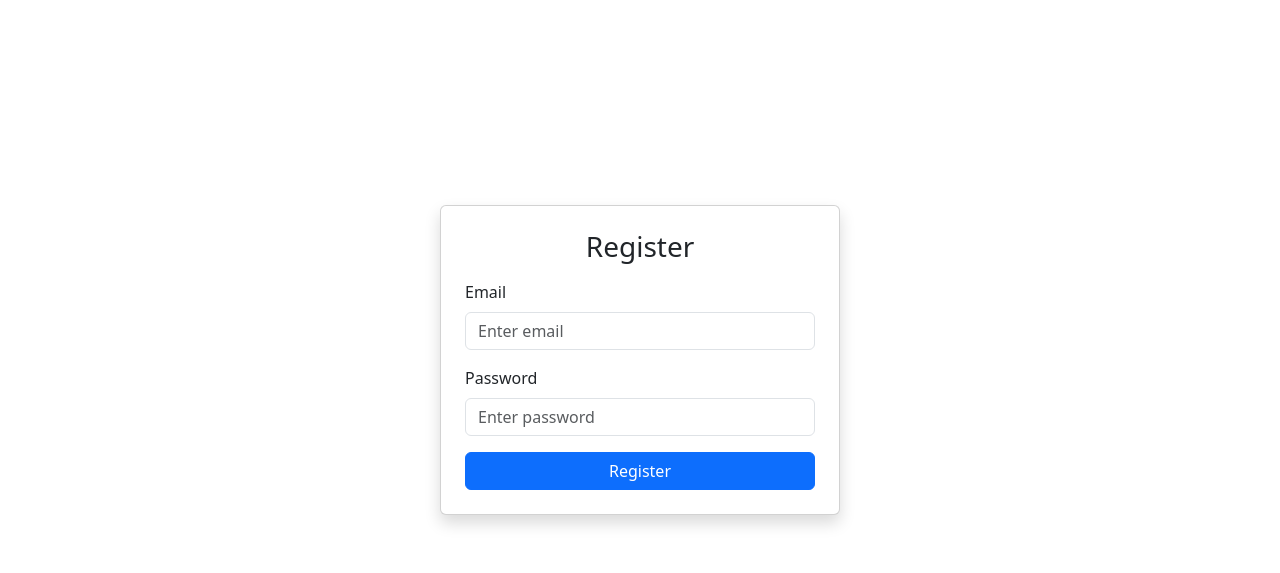
Repository: Asmat-ullah-khan/media-content-scheduler-frontend
Page: /
The author's editor kept a copy of each file at every save. The page is drawn from the files as they stood at one save, then again after the next save.
The browser window is 1280 px wide. The pictures show the whole page.
The project was rebuilt for these pictures with package versions that can differ from the ones it lists, and the page was loaded fresh each time. Also part of the build but not shown: vite.config.js, src/index.css.

Above is the page before, as saved 2026-01-26 23:55:59.

### index.html
<!doctype html>
<html lang="en">
  <head>
    <meta charset="UTF-8" />
    <link rel="icon" type="image/svg+xml" href="/vite.svg" />
    <meta name="viewport" content="width=device-width, initial-scale=1.0" />
    <title>media-content-scheduler-frontend</title>
  </head>
  <body>
    <div id="root"></div>
    <script type="module" src="/src/main.jsx"></script>
  </body>
</html>

### src/main.jsx
import { StrictMode } from "react";
import { createRoot } from "react-dom/client";
import "./index.css";
import "bootstrap/dist/css/bootstrap.min.css";
import App from "./App.jsx";

createRoot(document.getElementById("root")).render(
  <StrictMode>
    <App />
  </StrictMode>,
);

### src/App.jsx
import Register from "../src/pages/Register.jsx";
function App() {
  return (
    <div>
      <Register />
    </div>
  );
}

export default App;

### src/pages/Register.jsx
import { useState } from "react";
import { Form, Button, Container, Card } from "react-bootstrap";

function Register() {
  const [email, setEmail] = useState("");
  const [password, setPassword] = useState("");
  const [errors, setErrors] = useState({});

  const handleSubmit = (e) => {
    e.preventDefault();

    let newErrors = {};

    // Email validation
    if (!email) {
      newErrors.email = "Email is required";
    } else if (!/\S+@\S+\.\S+/.test(email)) {
      newErrors.email = "Email is not valid";
    }

    // Password validation
    if (!password) {
      newErrors.password = "Password is required";
    } else if (password.length < 6) {
      newErrors.password = "Password must be at least 6 characters";
    }

    setErrors(newErrors);

    // If no errors
    if (Object.keys(newErrors).length === 0) {
      console.log("Registered:", { email, password });
      alert("Registration Successful ✅");
    }
  };

  return (
    <Container className="d-flex justify-content-center align-items-center vh-100">
      <Card style={{ width: "400px" }} className="p-4 shadow">
        <h3 className="text-center mb-3">Register</h3>

        <Form onSubmit={handleSubmit}>
          {/* Email */}
          <Form.Group className="mb-3">
            <Form.Label>Email</Form.Label>
            <Form.Control
              type="email"
              placeholder="Enter email"
              value={email}
              isInvalid={!!errors.email}
              onChange={(e) => setEmail(e.target.value)}
            />
            <Form.Control.Feedback type="invalid">
              {errors.email}
            </Form.Control.Feedback>
          </Form.Group>

          {/* Password */}
          <Form.Group className="mb-3">
            <Form.Label>Password</Form.Label>
            <Form.Control
              type="password"
              placeholder="Enter password"
              value={password}
              isInvalid={!!errors.password}
              onChange={(e) => setPassword(e.target.value)}
            />
            <Form.Control.Feedback type="invalid">
              {errors.password}
            </Form.Control.Feedback>
          </Form.Group>

          <Button type="submit" variant="primary" className="w-100">
            Register
          </Button>
        </Form>
      </Card>
    </Container>
  );
}

export default Register;

After the next save:
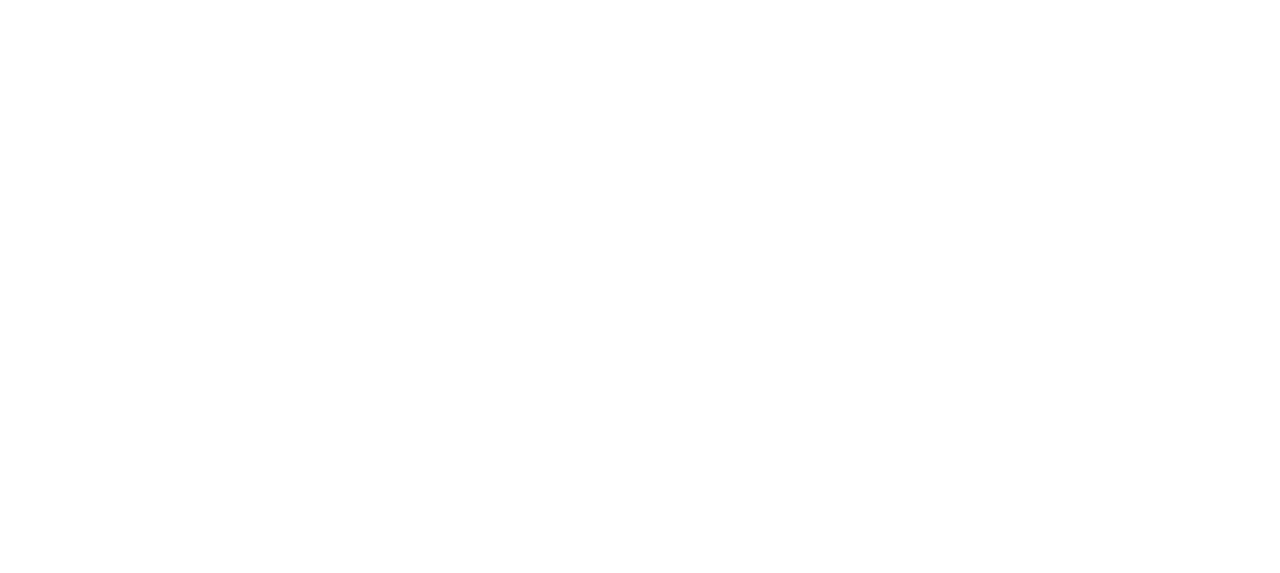
Console error: TypeError: Cannot destructure property 'basename' of 'React102.useContext(...)' as it is null.
Saved 3 min 16 s later.
--- a/src/pages/Register.jsx
+++ b/src/pages/Register.jsx
@@ -1,5 +1,6 @@
 import { useState } from "react";
-import { Form, Button, Container, Card } from "react-bootstrap";
+import { Form, Button, Container, Card, Row, Col } from "react-bootstrap";
+import { Link } from "react-router-dom";
 
 function Register() {
   const [email, setEmail] = useState("");
@@ -11,14 +12,12 @@
 
     let newErrors = {};
 
-    // Email validation
     if (!email) {
       newErrors.email = "Email is required";
     } else if (!/\S+@\S+\.\S+/.test(email)) {
-      newErrors.email = "Email is not valid";
+      newErrors.email = "Invalid email format";
     }
 
-    // Password validation
     if (!password) {
       newErrors.password = "Password is required";
     } else if (password.length < 6) {
@@ -27,54 +26,70 @@
 
     setErrors(newErrors);
 
-    // If no errors
     if (Object.keys(newErrors).length === 0) {
-      console.log("Registered:", { email, password });
+      console.log({ email, password });
       alert("Registration Successful ✅");
     }
   };
 
   return (
-    <Container className="d-flex justify-content-center align-items-center vh-100">
-      <Card style={{ width: "400px" }} className="p-4 shadow">
-        <h3 className="text-center mb-3">Register</h3>
+    <Container
+      fluid
+      className="min-vh-100 d-flex align-items-center justify-content-center bg-light"
+    >
+      <Row className="w-100 justify-content-center">
+        <Col xs={11} sm={8} md={6} lg={4}>
+          <Card className="p-4 shadow">
+            <h3 className="text-center mb-3">Create Account</h3>
 
-        <Form onSubmit={handleSubmit}>
-          {/* Email */}
-          <Form.Group className="mb-3">
-            <Form.Label>Email</Form.Label>
-            <Form.Control
-              type="email"
-              placeholder="Enter email"
-              value={email}
-              isInvalid={!!errors.email}
-              onChange={(e) => setEmail(e.target.value)}
-            />
-            <Form.Control.Feedback type="invalid">
-              {errors.email}
-            </Form.Control.Feedback>
-          </Form.Group>
+            <Form onSubmit={handleSubmit}>
+              {/* Email */}
+              <Form.Group className="mb-3">
+                <Form.Label>Email</Form.Label>
+                <Form.Control
+                  type="email"
+                  placeholder="Enter email"
+                  value={email}
+                  isInvalid={!!errors.email}
+                  onChange={(e) => setEmail(e.target.value)}
+                />
+                <Form.Control.Feedback type="invalid">
+                  {errors.email}
+                </Form.Control.Feedback>
+              </Form.Group>
 
-          {/* Password */}
-          <Form.Group className="mb-3">
-            <Form.Label>Password</Form.Label>
-            <Form.Control
-              type="password"
-              placeholder="Enter password"
-              value={password}
-              isInvalid={!!errors.password}
-              onChange={(e) => setPassword(e.target.value)}
-            />
-            <Form.Control.Feedback type="invalid">
-              {errors.password}
-            </Form.Control.Feedback>
-          </Form.Group>
+              {/* Password */}
+              <Form.Group className="mb-3">
+                <Form.Label>Password</Form.Label>
+                <Form.Control
+                  type="password"
+                  placeholder="Enter password"
+                  value={password}
+                  isInvalid={!!errors.password}
+                  onChange={(e) => setPassword(e.target.value)}
+                />
+                <Form.Control.Feedback type="invalid">
+                  {errors.password}
+                </Form.Control.Feedback>
+              </Form.Group>
 
-          <Button type="submit" variant="primary" className="w-100">
-            Register
-          </Button>
-        </Form>
-      </Card>
+              <Button type="submit" variant="primary" className="w-100">
+                Register
+              </Button>
+            </Form>
+
+            {/* Login Link */}
+            <div className="text-center mt-3">
+              <small>
+                Already have an account?{" "}
+                <Link to="/login" className="fw-bold">
+                  Login
+                </Link>
+              </small>
+            </div>
+          </Card>
+        </Col>
+      </Row>
     </Container>
   );
 }

After the 3 saves that followed:
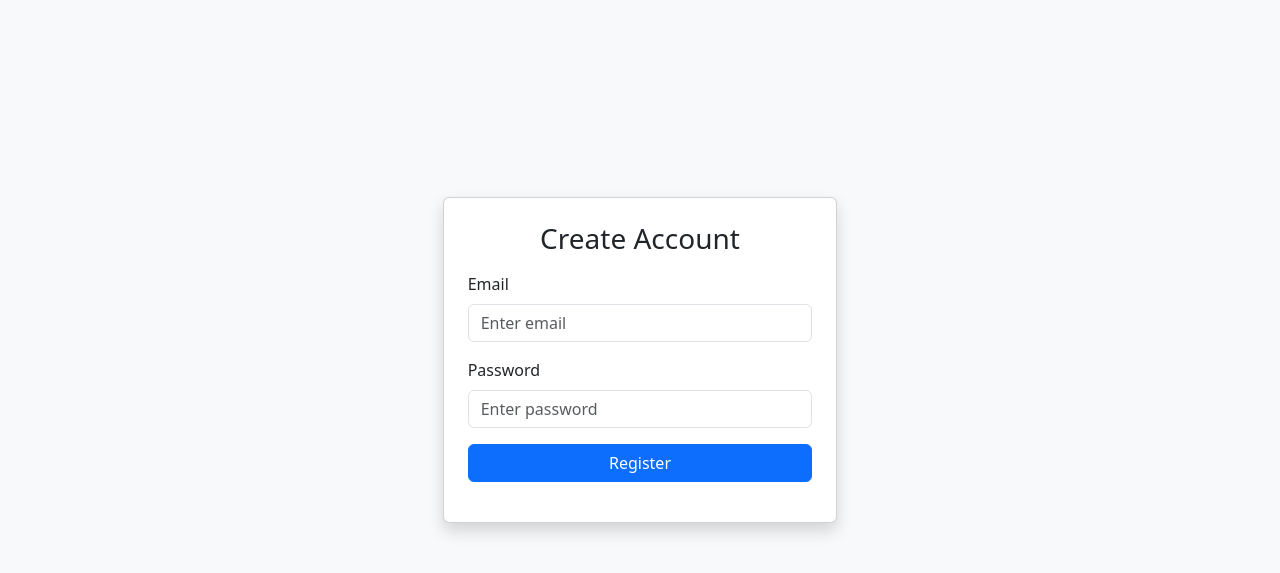
The error is gone.
The 3 saves are shown as one change because 2 left the picture as it was.
The last was saved 5 min 6 s later.
--- a/src/App.jsx
+++ b/src/App.jsx
@@ -6,5 +6,4 @@ function App() {
     </div>
   );
 }
-
 export default App;
--- a/src/pages/Register.jsx
+++ b/src/pages/Register.jsx
@@ -1,6 +1,5 @@
 import { useState } from "react";
 import { Form, Button, Container, Card, Row, Col } from "react-bootstrap";
-import { Link } from "react-router-dom";
 
 function Register() {
   const [email, setEmail] = useState("");
@@ -81,10 +80,10 @@
             {/* Login Link */}
             <div className="text-center mt-3">
               <small>
-                Already have an account?{" "}
+                {/* Already have an account?{" "}
                 <Link to="/login" className="fw-bold">
                   Login
-                </Link>
+                </Link> */}
               </small>
             </div>
           </Card>
